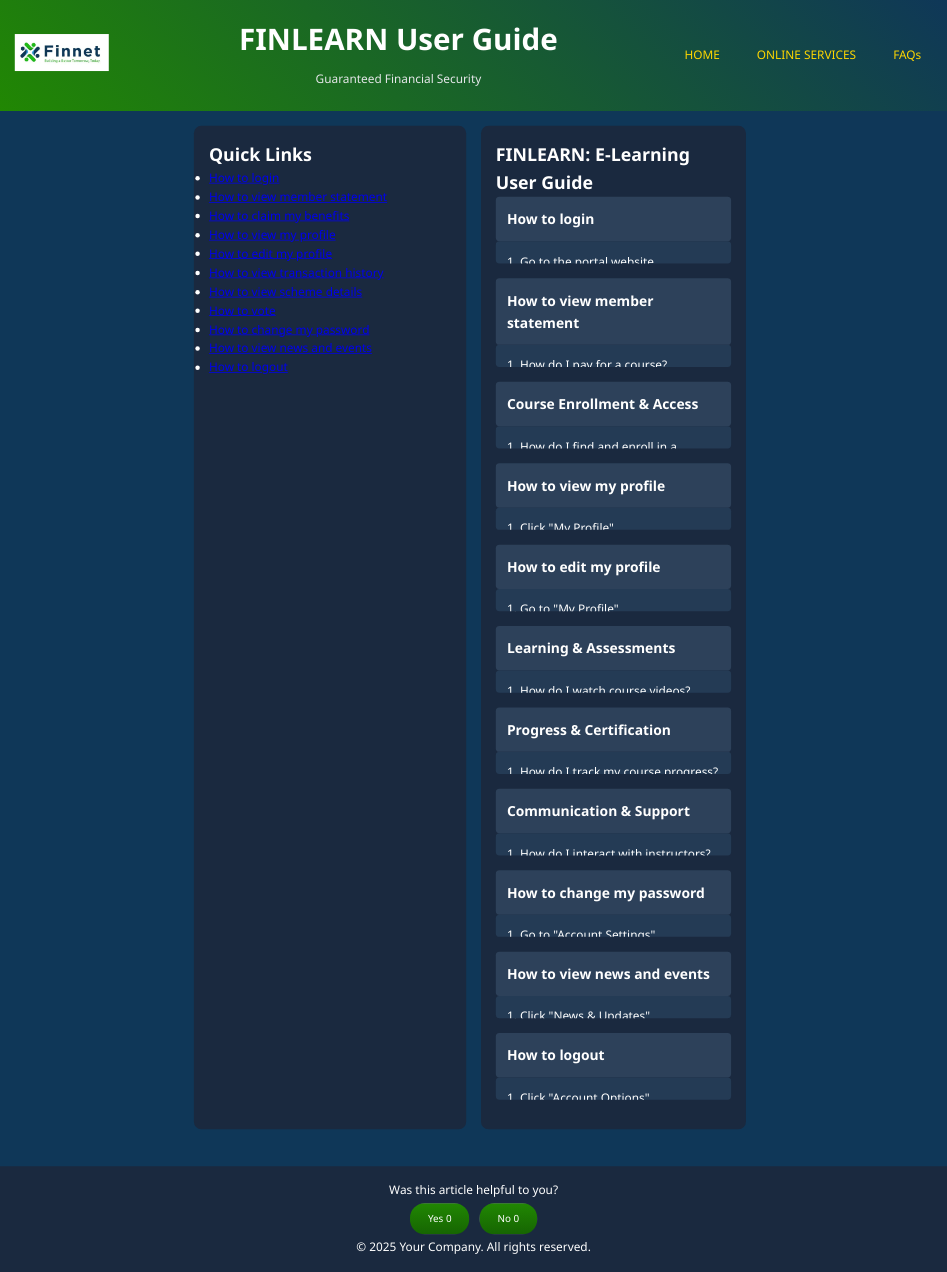
Repository: Ray700/Finnet
Page: index.html
The author's editor kept a copy of each file at every save. The page is drawn from the files as they stood at one save, then again after the next save.
The browser window is 1280 px wide. The pictures show the whole page, at 74% of full size.

Above is the page before, as saved 2025-03-16 14:55:46.

After the next save:
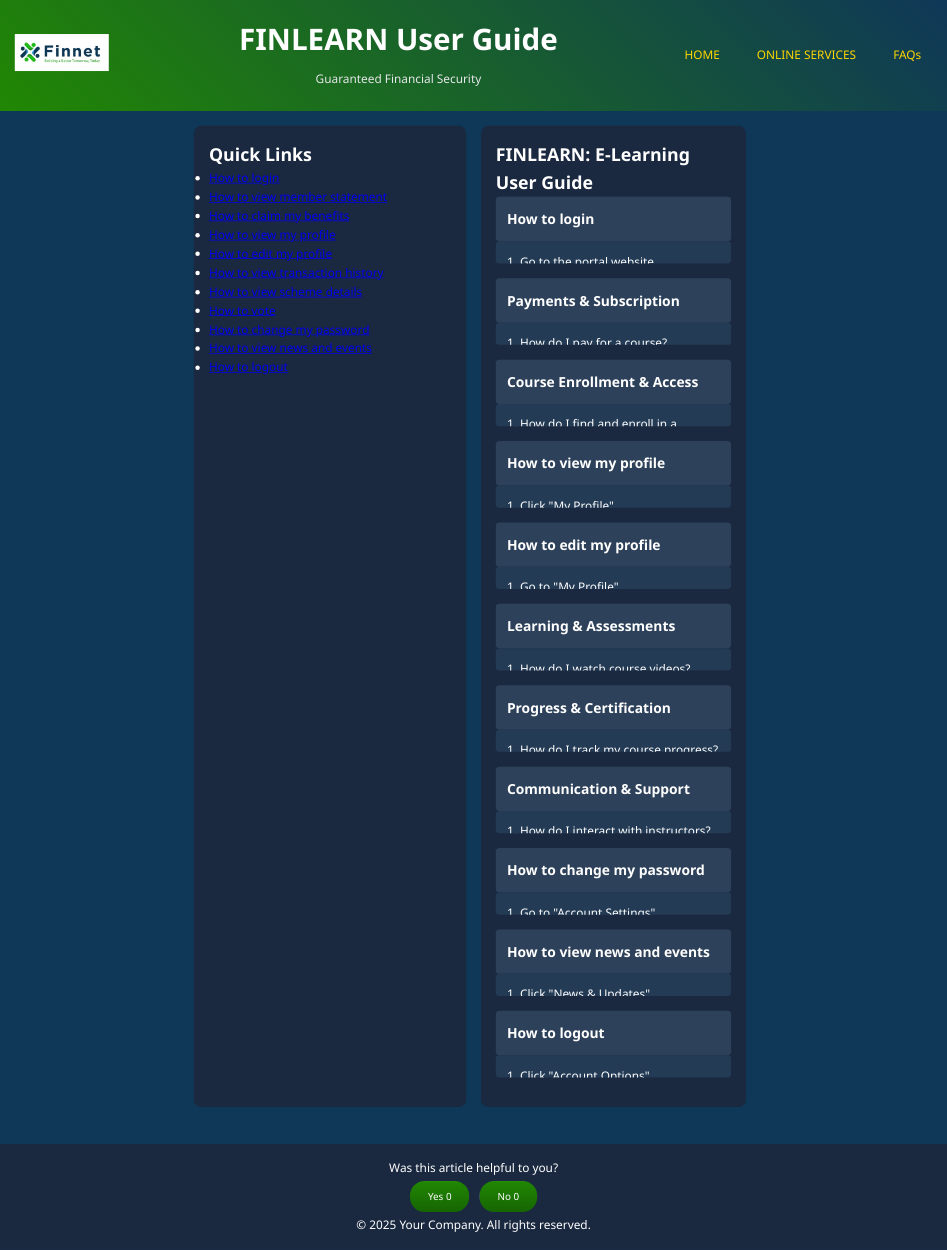
Saved 64 s later.
--- a/index.html
+++ b/index.html
@@ -234,7 +234,7 @@
 
             <!-- Article 2: Payments & Subscription -->
             <div class="article" id="viewStatement">
-                <h3 class="article-title">How to view member statement</h3>
+                <h3 class="article-title">Payments & Subscription</h3>
                 <div class="article-content">
                     <p>1. How do I pay for a course?</p>
                     <p>2. How do I cancel or upgrade my subscription?</p>
